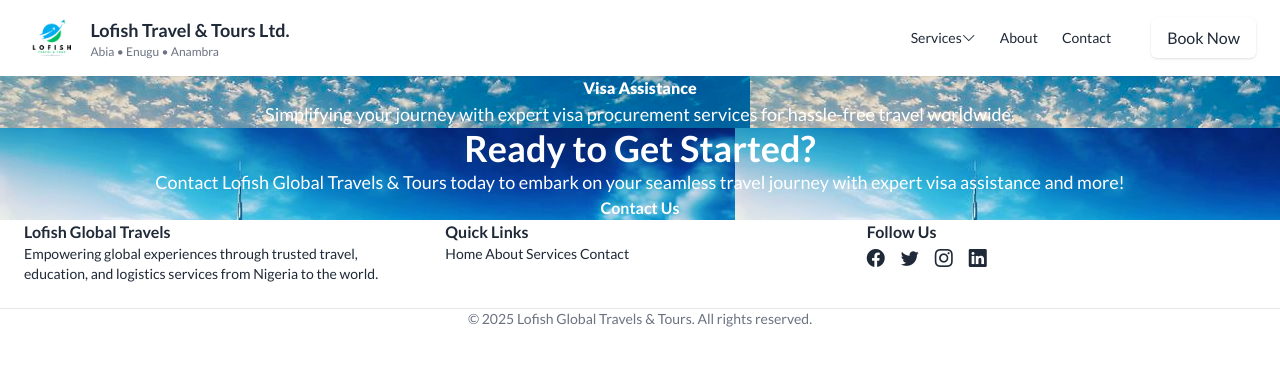
Repository: PhantomMiles/Lofish-Travels-and-Tours
Page: visa.html
These files come from the project's save history. The page is drawn as it stood at one moment and after the next save; the edit follows.
The browser window is 1280 px wide. The pictures show the whole page.

Above is the page before, as saved 2025-11-14 12:44:49.

After the next save:
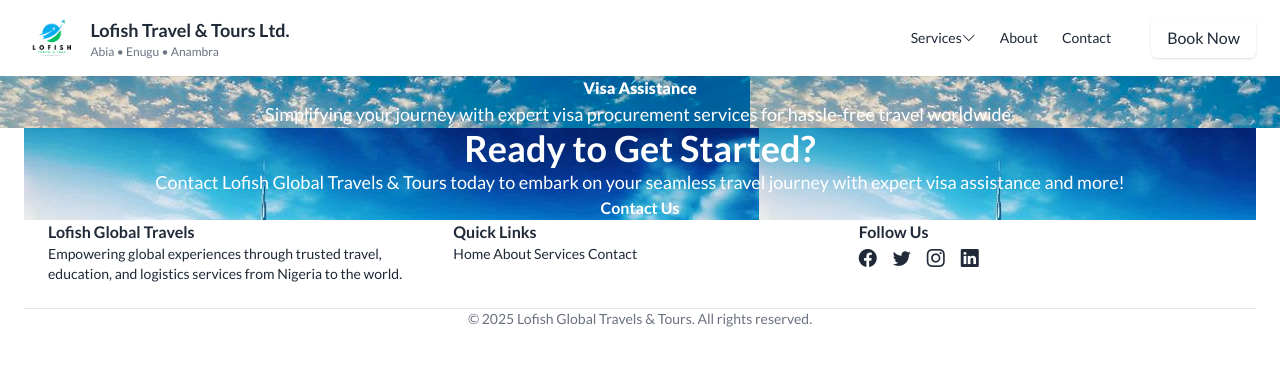
Saved 5 s later.
--- a/visa.html
+++ b/visa.html
@@ -116,7 +116,7 @@
   <!-- ========================================================= -->
     <!-- MAIN CONTENT -->
     <!-- ========================================================= -->
-
+    <main class="max-w-5xl px-6 py-16 mx-auto">
 
 
     <!-- CTA SECTION -->

After the 2 saves that followed:
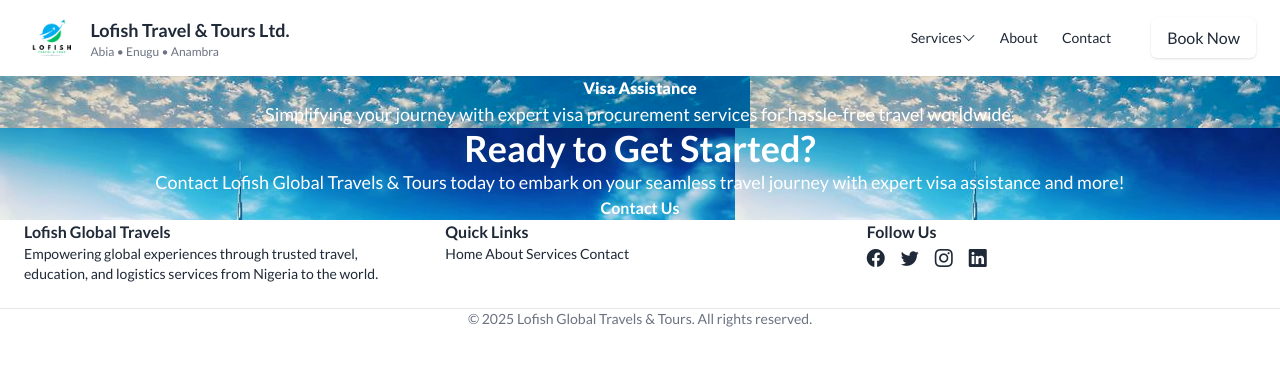
The 2 saves are shown as one change because 1 left the picture as it was.
The last was saved 58 s later.
--- a/visa.html
+++ b/visa.html
@@ -117,6 +117,7 @@
     <!-- MAIN CONTENT -->
     <!-- ========================================================= -->
     <main class="max-w-5xl px-6 py-16 mx-auto">
+        </main>
 
 
     <!-- CTA SECTION -->
